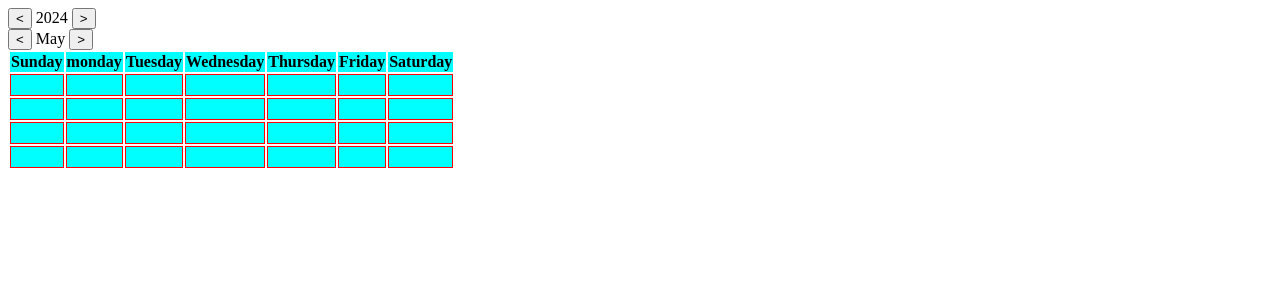
Repository: fateme81yosefi/calendar
Page: index.html
The author's editor kept a copy of each file at every save. The page is drawn from the files as they stood at one save, then again after the next save.
The browser window is 1280 px wide. The pictures show the whole page.

Above is the page before, as saved 2024-05-30 14:09:01.

### index.html
<!DOCTYPE html>

<html>

<head>
  <title>calendar</title>
  <link rel="icon" type="image/x-icon" href="/images/fav.png">
  <link rel="stylesheet" href="styles.css">

</head>

<body>

  <div class="container-calendar">
    <div class="contain-year">
      <button>
        < </button>
          <span  id="year"></span>
          <button> > </button>

    </div>
    <div class="contain-month">
      <button>
        < </button>
          <span id="month"></span>
          <button>></button>

    </div>
    <table>
      <tr>
        <th>Sunday</th>
        <th>monday</th>
        <th>Tuesday</th>
        <th>Wednesday </th>
        <th>Thursday</th>
        <th>Friday</th>
        <th>Saturday</th>
      </tr>

      <tr>
        <td id="1-1"> </td>
        <td id="1-2"> </td>
        <td id="1-3"> </td>
        <td id="1-4"> </td>
        <td id="1-5"> </td>
        <td id="1-6"> </td>
        <td id="1-7"> </td>
      </tr>

      <tr>
        <td id="2-1"> </td>
        <td id="2-2"> </td>
        <td id="2-3"> </td>
        <td id="2-4"> </td>
        <td id="2-5"> </td>
        <td id="2-6"> </td>
        <td id="2-7"> </td>
      </tr>

      <tr>
        <td id="3-1"> </td>
        <td id="3-2"> </td>
        <td id="3-3"> </td>
        <td id="3-4"> </td>
        <td id="3-5"> </td>
        <td id="3-6"> </td>
        <td id="3-7"> </td>
      </tr>

      <tr>
        <td id="4-1"> </td>
        <td id="4-2"> </td>
        <td id="4-3"> </td>
        <td id="4-4"> </td>
        <td id="4-5"> </td>
        <td id="4-6"> </td>
        <td id="4-7"> </td>
      </tr>
    </table>
  </div>



  <script src="/scripts.js"></script>

</body>

</html>

### styles.css
tr{
    background-color: aqua;
    border: 1px solid red;
    padding: 10px;
    margin: 2px;
}
td{
    background-color: aqua;
    border: 1px solid red;
    padding: 10px;
    margin: 2px;
}

### scripts.js




function calculator() {
    const d = new Date();
    m = d.getMonth()
    y = d.getFullYear()
    day = d.getDate()
    weekday = d.getDay()

    weekday++

    document.getElementById("year").innerHTML = y

    switch(m+1){
        case 1: b = "January";
            break;
        case 2: b = "February";
            break;
        case 3: b = "March";
            break;
        case 4: b = "April";
            break;
        case 5: b = "May";
            break;
        case 6: b = "June";
            break;
        case 7: b = "July";
            break;
        case 8: b = "August";
            break;
        case 9: b = "September";
            break;
        case 10: b = "October";
            break;
        case 11: b = "November";
            break;
        case 12: b = "December";
            break;
        }

    document.getElementById("month").innerHTML = b

    // weekday = #column
    if (day <= 7 ) {
        row = 1
        x = "1-" + weekday
        document.getElementById(x).innerHTML = day
    } else if (day <= 14) {
        row = 2
        x = "2-" + weekday
        document.getElementById(x).innerHTML = day
    } else if (day <= 21) {
        row = 3
        x = "3-" + weekday
        document.getElementById(x).innerHTML = day
    } else if (day <= 28) {
        row = 4
        x = "4-" + weekday
        document.getElementById(x).innerHTML = day
    }


}

calculator()

After the next save:
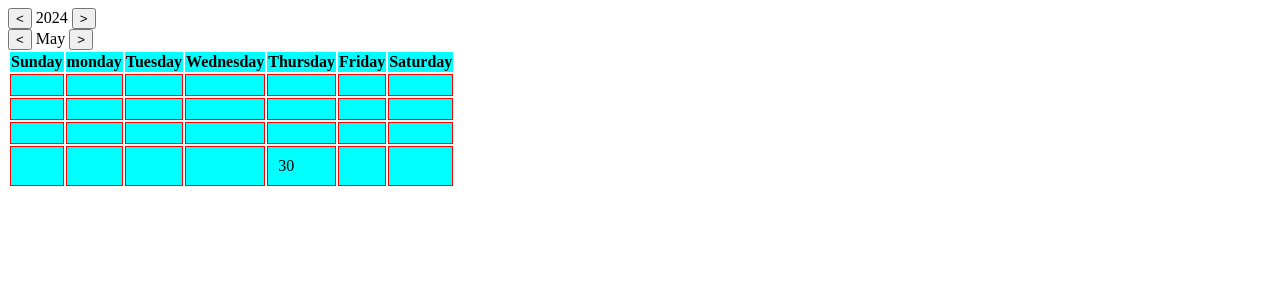
Saved 4 s later.
--- a/scripts.js
+++ b/scripts.js
@@ -55,7 +55,7 @@ function calculator() {
         row = 3
         x = "3-" + weekday
         document.getElementById(x).innerHTML = day
-    } else if (day <= 28) {
+    } else if (day <= 28 || day >= 29) {
         row = 4
         x = "4-" + weekday
         document.getElementById(x).innerHTML = day
